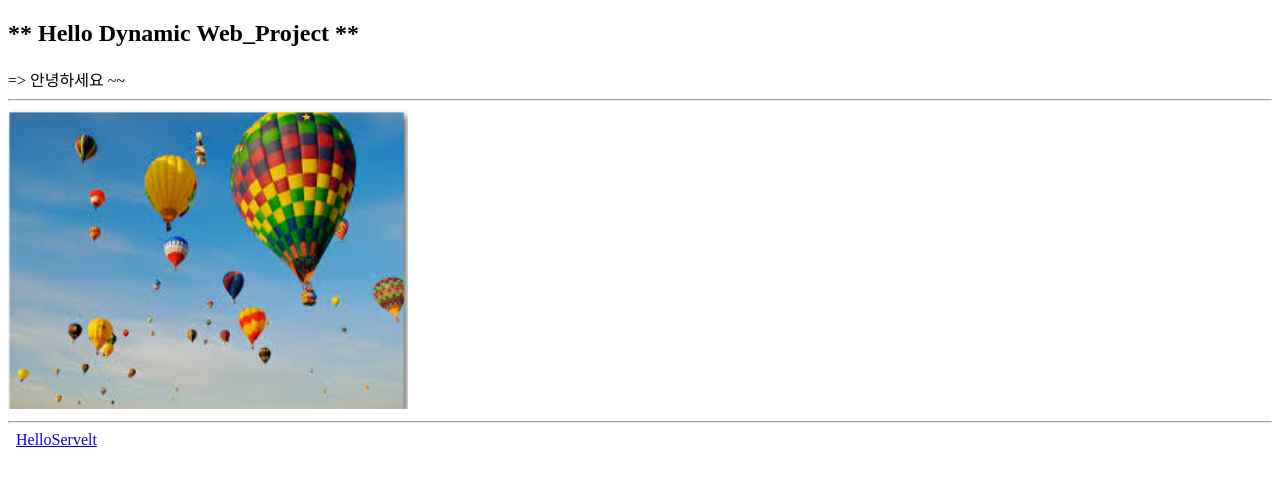
Repository: nameground/Java
Page: http://localhost/Web01/
The author's editor kept a copy of each file at every save. The page is drawn from the files as they stood at one save, then again after the next save.
The browser window is 1280 px wide. The pictures show the whole page.
The page is served by Tomcat 9.

Above is the page before, as saved 2023-10-10 06:11:50.

After the next save:
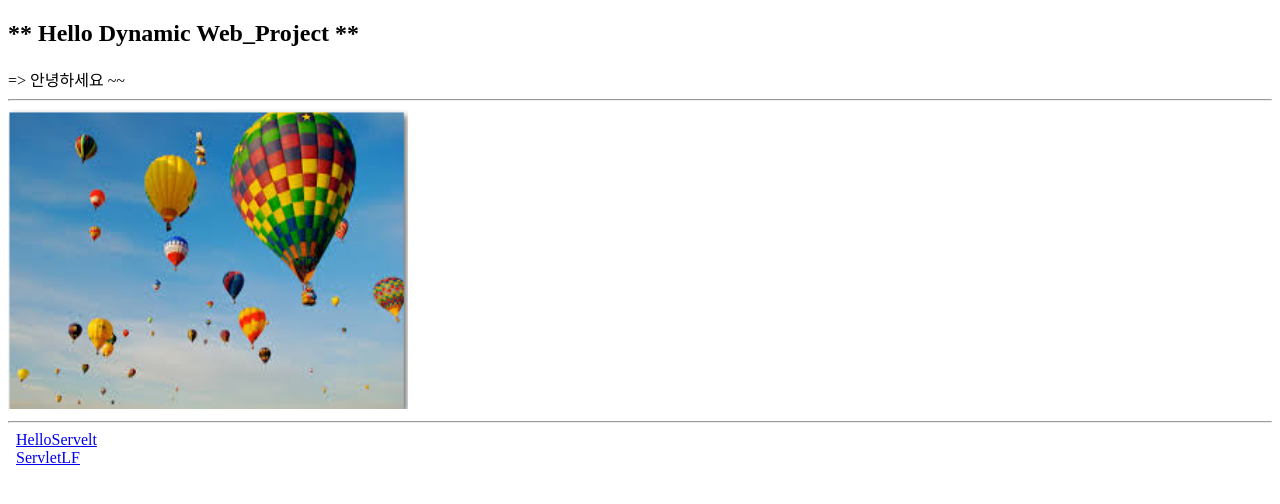
Saved 18 min 54 s later.
--- a/mTest/Mywork/Web01/src/main/webapp/index.jsp
+++ b/mTest/Mywork/Web01/src/main/webapp/index.jsp
@@ -12,6 +12,7 @@
 <hr>
 <img src="./images/a2.png" width ="400" height="300">
 <hr>
- &nbsp; <a href="/Web01/helloS">HelloServelt</a>
+ &nbsp; <a href="/Web01/helloS">HelloServelt</a> <br>
+ &nbsp; <a href="/Web01/lifecycle">ServletLF</a>
 </body>
 </html>
